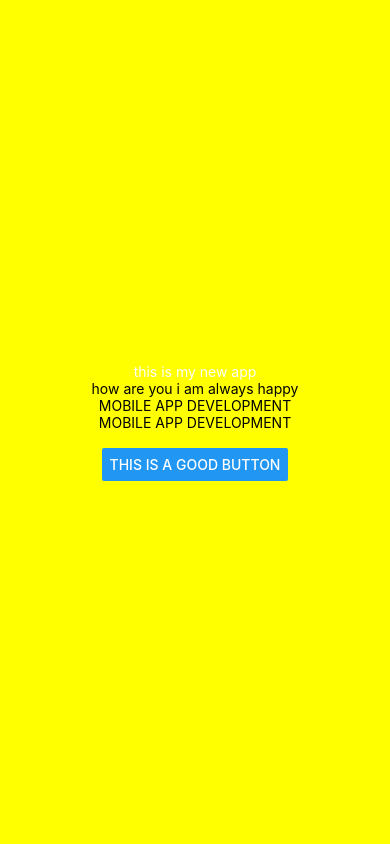
Repository: 2000-Nanayaw/MobileApp
Screen: /
The author's editor kept a copy of each file at every save. The screen is drawn from the files as they stood at one save, then again after a run of saves.
The app was drawn by React Native's web renderer in a window 390 px wide. The project was rebuilt for these pictures with package versions that can differ from the ones it lists, and the page was loaded fresh each time.

Above is the screen before, as saved 2023-08-26 02:41:05.

After the next 2 saves:
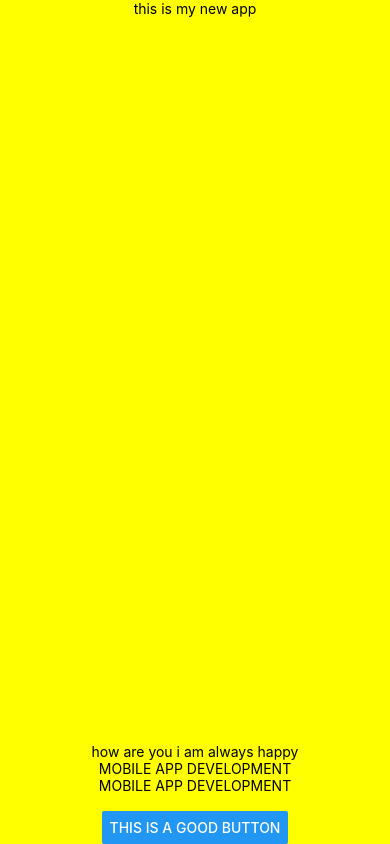
The 2 saves are shown as one change because 1 did not build or start.
The last was saved 2 min 51 s later.
--- a/App.js
+++ b/App.js
@@ -34,7 +34,7 @@ function jsar() {
   return (
 
       <View style={style.container}>
-        <Text style={style.colors}>this is my new app</Text>
+        <Text style={{flex: 2}}>this is my new app</Text>
         <Text>how are you i am always happy</Text>
         <Text>MOBILE APP DEVELOPMENT</Text>
         <Text>MOBILE APP DEVELOPMENT</Text>
